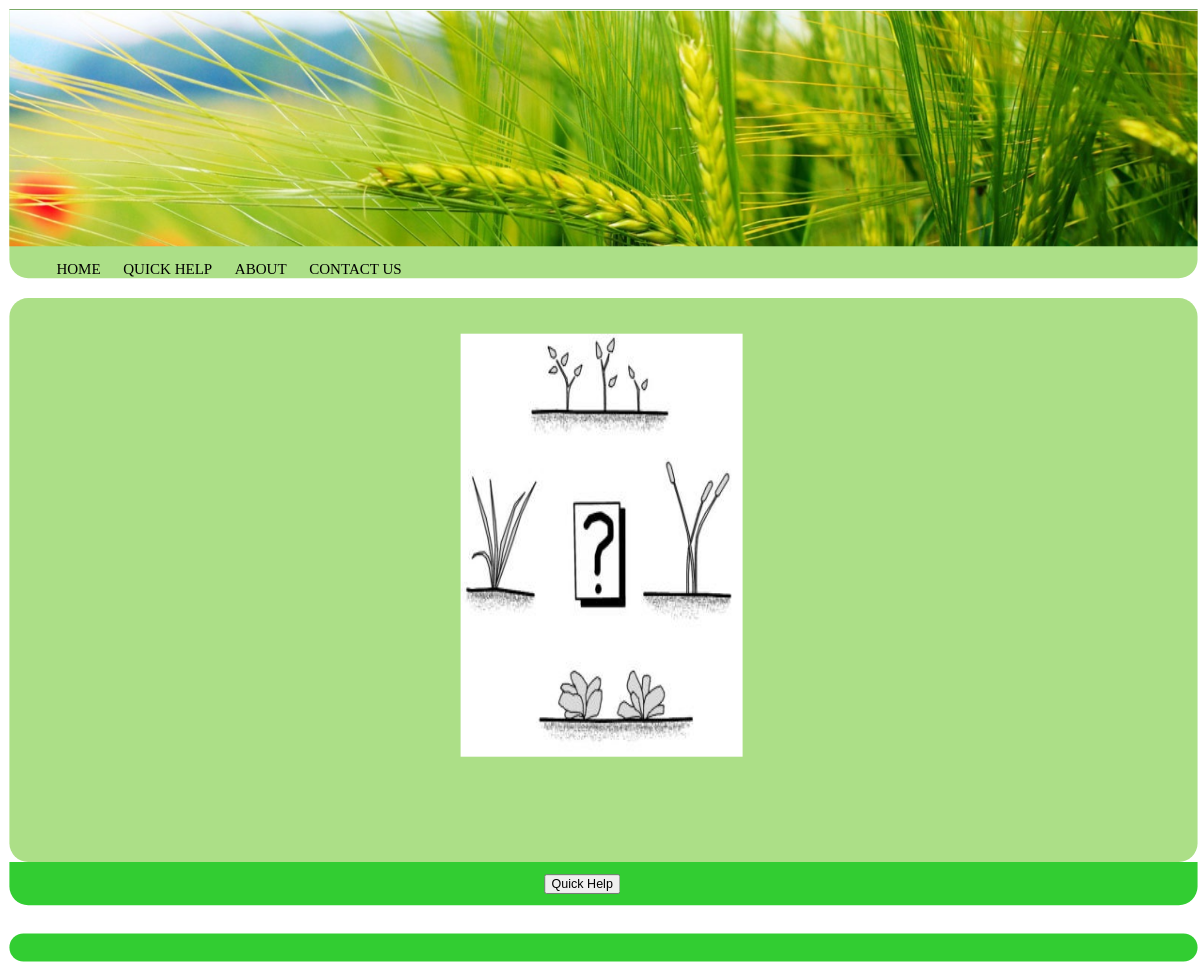
Repository: shivamtyagi1234/FarmoFriend
Page: http://localhost/FarmoFriend/
An editor plug-in stored every save of this project. The page is shown before and after the next save, followed by the edit.
The browser window is 1280 px wide. The pictures show the whole page, at 94% of full size.
The page is served by Tomcat 9.

Above is the page before, as saved 2019-11-03 06:56:40.

After the next save:
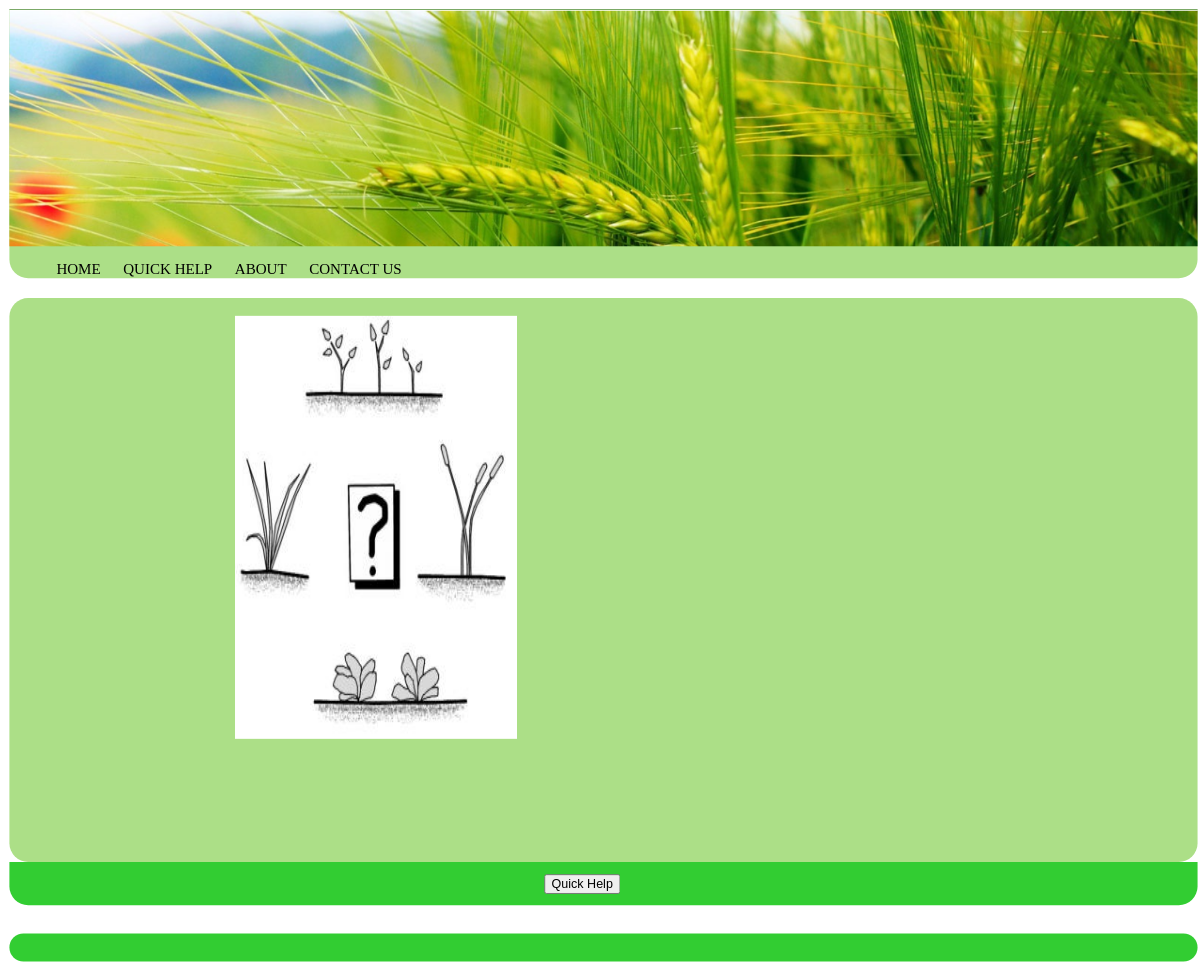
Saved 2 min 52 s later.
--- a/FarmoFriend/WebContent/home.jsp
+++ b/FarmoFriend/WebContent/home.jsp
@@ -33,6 +33,11 @@ border: 2px;
 border-color:limegreen;
 border-radius:20px 20px 20px 20px;
 }
+#homeImage
+{
+height: 100%;
+width: 50%;
+}
 #homeBody img
 {
 height:450px;
@@ -63,8 +68,11 @@ height:30px;
 <jsp:include page="header.jsp"></jsp:include>
 </div>
 <div id="blank1"></div>
+
 <div id="homeBody">
-<img alt="home1" src="images\crop selection.jpg" >
+<div id="homeImage">
+<img alt="home1" src="images\crop selection.jpg" ></div>
+
 <br>
 </div>
 <div id="vote">
